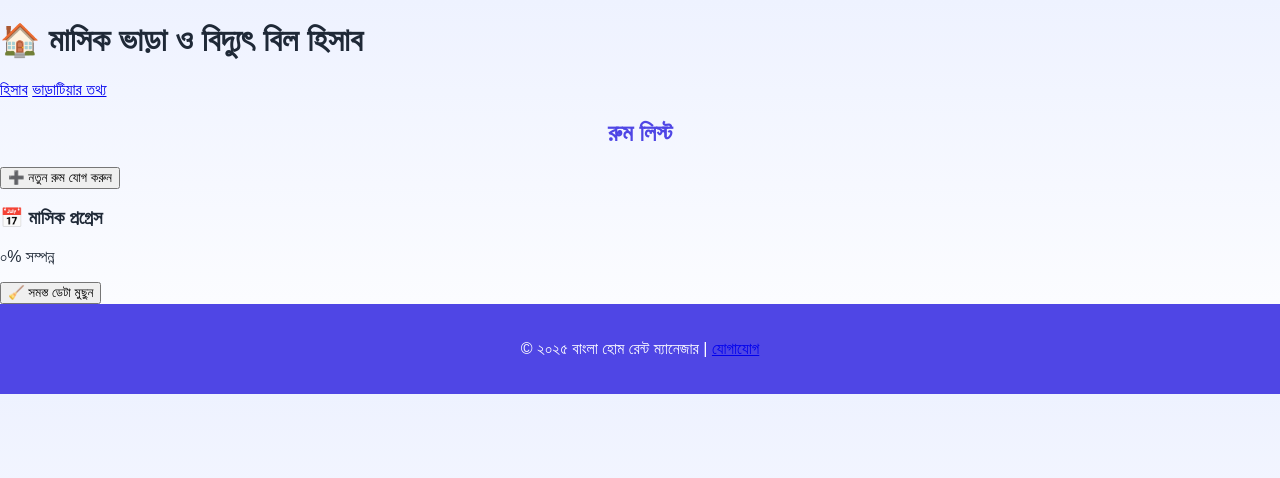
Repository: naimuddin1190/HomeRent-Management-System
Page: index.html
An editor plug-in stored every save of this project. The page is shown before and after the next save, followed by the edit.
The browser window is 1280 px wide. The pictures show the whole page.

Above is the page before, as saved 2025-11-04 20:45:21.
Console error: TypeError: Cannot read properties of null (reading 'getContext')

### index.html
<!DOCTYPE html>
<html lang="bn">
<head>
  <meta charset="UTF-8">
  <meta name="viewport" content="width=device-width, initial-scale=1.0">
  <title>ভাড়া ও বিদ্যুৎ বিল ম্যানেজার</title>
  <link rel="stylesheet" href="style.css">
</head>
<body>
  <header>
    <h1>🏠 মাসিক ভাড়া ও বিদ্যুৎ বিল হিসাব</h1>
    <nav>
      <a href="index.html">হিসাব</a>
      <a href="tenant.html">ভাড়াটিয়ার তথ্য</a>
    </nav>
  </header>

  <main>
    <section id="room-section">
      <h2>রুম লিস্ট</h2>
      <div id="rooms"></div>
      <button id="addRoom">➕ নতুন রুম যোগ করুন</button>
    </section>

    <aside id="progress-section">
      <h3>📅 মাসিক প্রগ্রেস</h3>
      <div id="progressBarContainer">
        <div id="progressBar"></div>
      </div>
      <p id="progressText">০% সম্পন্ন</p>
      <button id="clearData">🧹 সমস্ত ডেটা মুছুন</button>
    </aside>
  </main>

  <footer>
    <p>© ২০২৫ বাংলা হোম রেন্ট ম্যানেজার | <a href="mailto:uddinmdnaim10@gmail.com">যোগাযোগ</a></p>
  </footer>

  <script src="main.js"></script>
</body>
</html>

### style.css
:root {
  --primary: #4f46e5;
  --accent: #06b6d4;
  --light: #f9fafb;
  --dark: #1f2937;
  --radius: 10px;
}

body {
  margin: 0;
  font-family: "Poppins", sans-serif;
  background: linear-gradient(180deg, #eef2ff, #ffffff);
  color: var(--dark);
}

/* Navbar */
.navbar {
  background: var(--primary);
  color: white;
  padding: 15px 30px;
  display: flex;
  justify-content: space-between;
  align-items: center;
}
.navbar ul {
  list-style: none;
  display: flex;
  gap: 20px;
}
.navbar a {
  color: white;
  text-decoration: none;
  font-weight: 500;
}
.navbar a:hover {
  text-decoration: underline;
}

/* Container */
.container {
  max-width: 1000px;
  margin: 40px auto;
  padding: 20px;
  background: white;
  border-radius: var(--radius);
  box-shadow: 0 4px 8px rgba(0, 0, 0, 0.1);
}
h2 {
  text-align: center;
  color: var(--primary);
}

/* Room Cards */
.room {
  background: var(--light);
  border: 1px solid #ddd;
  border-radius: var(--radius);
  padding: 15px;
  margin-bottom: 20px;
}
.room input {
  width: 100%;
  padding: 8px;
  margin: 5px 0;
  border-radius: var(--radius);
  border: 1px solid #ccc;
}
.room button {
  background: var(--accent);
  color: white;
  border: none;
  padding: 8px 15px;
  border-radius: var(--radius);
  cursor: pointer;
}
.room button:hover {
  background: var(--primary);
}
.remove-btn {
  background: #ef4444;
  margin-left: 10px;
}

/* Add Room Button */
.add-btn {
  background: var(--primary);
  color: white;
  padding: 10px 15px;
  border: none;
  border-radius: var(--radius);
  cursor: pointer;
  display: block;
  margin: 10px auto;
}
.add-btn:hover {
  background: var(--accent);
}

/* Footer */
footer {
  background: var(--primary);
  color: white;
  text-align: center;
  padding: 20px;
}
footer .social a {
  color: white;
  margin: 0 8px;
  font-size: 18px;
}

### main.js
let roomCount = 0;
const container = document.getElementById("roomContainer");
const addRoomBtn = document.getElementById("addRoomBtn");

function createRoomCard() {
  roomCount++;
  const card = document.createElement("div");
  card.className = "room";
  card.innerHTML = `
    <h3>Room ${roomCount}</h3>
    <input type="text" placeholder="Tenant Name" id="tenant${roomCount}">
    <input type="number" placeholder="Home Rent (Taka)" id="rent${roomCount}">
    <input type="number" placeholder="Previous Month Unit" id="prev${roomCount}">
    <input type="number" placeholder="Current Month Unit" id="curr${roomCount}">
    <button onclick="calculate(${roomCount})">Calculate</button>
    <button class="remove-btn" onclick="removeRoom(this)">Remove</button>
    <p id="result${roomCount}"></p>
  `;
  container.appendChild(card);
}

function removeRoom(btn) {
  btn.parentElement.remove();
}

function calculate(id) {
  const rent = parseFloat(document.getElementById(`rent${id}`).value) || 0;
  const prev = parseFloat(document.getElementById(`prev${id}`).value) || 0;
  const curr = parseFloat(document.getElementById(`curr${id}`).value) || 0;
  const units = curr - prev;
  const electricBill = units * 10;
  const total = rent + electricBill;

  document.getElementById(`result${id}`).innerHTML = `
    <strong>Units Used:</strong> ${units} <br>
    <strong>Electric Bill:</strong> ${electricBill} Taka <br>
    <strong>Total Bill:</strong> ${total} Taka
  `;

  updateChart(id, electricBill);
}

// Chart.js for Monthly Progress
const ctx = document.getElementById('progressChart').getContext('2d');
const progressChart = new Chart(ctx, {
  type: 'bar',
  data: {
    labels: [],
    datasets: [{
      label: 'Electric Bill (Taka)',
      data: [],
      backgroundColor: '#4f46e5'
    }]
  },
  options: {
    responsive: true,
    scales: {
      y: { beginAtZero: true }
    }
  }
});

function updateChart(room, bill) {
  progressChart.data.labels.push(`Room ${room}`);
  progressChart.data.datasets[0].data.push(bill);
  progressChart.update();
}

addRoomBtn.addEventListener("click", createRoomCard);

After the next save:
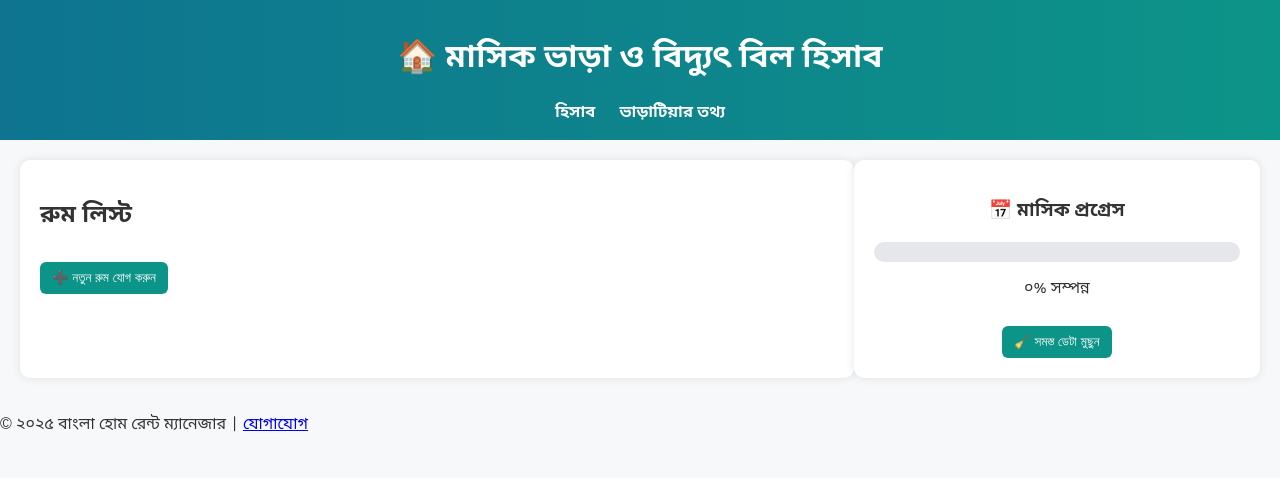
Saved 53 s later.
--- a/style.css
+++ b/style.css
@@ -1,110 +1,72 @@
-:root {
-  --primary: #4f46e5;
-  --accent: #06b6d4;
-  --light: #f9fafb;
-  --dark: #1f2937;
-  --radius: 10px;
+body {
+  font-family: "Noto Sans Bengali", sans-serif;
+  background: #f6f8fa;
+  margin: 0;
+  padding: 0;
+  color: #333;
 }
 
-body {
-  margin: 0;
-  font-family: "Poppins", sans-serif;
-  background: linear-gradient(180deg, #eef2ff, #ffffff);
-  color: var(--dark);
+header {
+  background: linear-gradient(90deg, #0e7490, #0d9488);
+  color: white;
+  text-align: center;
+  padding: 1rem 0;
 }
 
-/* Navbar */
-.navbar {
-  background: var(--primary);
+nav a {
   color: white;
-  padding: 15px 30px;
+  text-decoration: none;
+  margin: 0 10px;
+  font-weight: bold;
+}
+
+main {
   display: flex;
   justify-content: space-between;
-  align-items: center;
-}
-.navbar ul {
-  list-style: none;
-  display: flex;
-  gap: 20px;
-}
-.navbar a {
-  color: white;
-  text-decoration: none;
-  font-weight: 500;
-}
-.navbar a:hover {
-  text-decoration: underline;
+  padding: 20px;
 }
 
-/* Container */
-.container {
-  max-width: 1000px;
-  margin: 40px auto;
+#room-section {
+  width: 65%;
+  background: white;
   padding: 20px;
-  background: white;
-  border-radius: var(--radius);
-  box-shadow: 0 4px 8px rgba(0, 0, 0, 0.1);
-}
-h2 {
-  text-align: center;
-  color: var(--primary);
+  border-radius: 10px;
+  box-shadow: 0 0 10px rgba(0,0,0,0.1);
 }
 
-/* Room Cards */
-.room {
-  background: var(--light);
-  border: 1px solid #ddd;
-  border-radius: var(--radius);
-  padding: 15px;
-  margin-bottom: 20px;
+aside {
+  width: 30%;
+  background: white;
+  padding: 20px;
+  border-radius: 10px;
+  text-align: center;
+  box-shadow: 0 0 10px rgba(0,0,0,0.1);
 }
-.room input {
+
+#progressBarContainer {
   width: 100%;
-  padding: 8px;
-  margin: 5px 0;
-  border-radius: var(--radius);
-  border: 1px solid #ccc;
+  height: 20px;
+  background: #e5e7eb;
+  border-radius: 10px;
+  overflow: hidden;
 }
-.room button {
-  background: var(--accent);
+
+#progressBar {
+  height: 20px;
+  width: 0%;
+  background: linear-gradient(90deg, #22c55e, #16a34a);
+}
+
+button {
+  background: #0d9488;
   color: white;
   border: none;
-  padding: 8px 15px;
-  border-radius: var(--radius);
+  padding: 8px 12px;
+  margin-top: 10px;
+  border-radius: 6px;
   cursor: pointer;
 }
-.room button:hover {
-  background: var(--primary);
+
+button:hover {
+  background: #115e59;
 }
-.remove-btn {
-  background: #ef4444;
-  margin-left: 10px;
-}
-
-/* Add Room Button */
-.add-btn {
-  background: var(--primary);
-  color: white;
-  padding: 10px 15px;
-  border: none;
-  border-radius: var(--radius);
-  cursor: pointer;
-  display: block;
-  margin: 10px auto;
-}
-.add-btn:hover {
-  background: var(--accent);
-}
-
-/* Footer */
-footer {
-  background: var(--primary);
-  color: white;
-  text-align: center;
-  padding: 20px;
-}
-footer .social a {
-  color: white;
-  margin: 0 8px;
-  font-size: 18px;
-}
